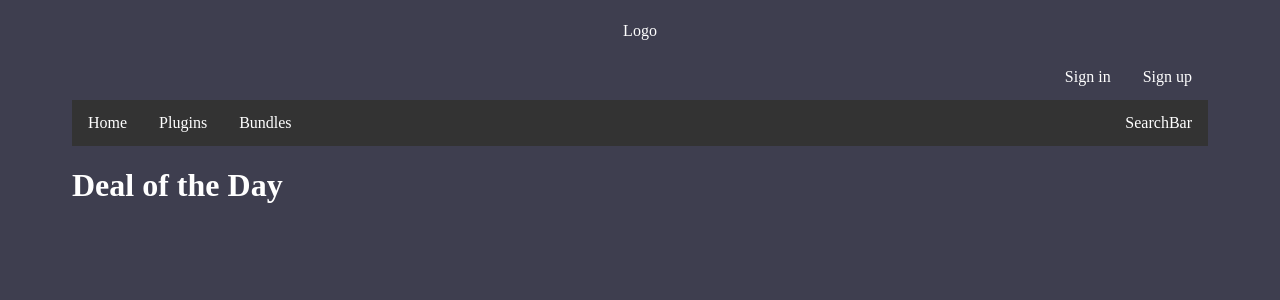
Repository: jigom11791/Wavez
Page: Wavez/Waves-Site/index.html
The author's editor kept a copy of each file at every save. The page is drawn from the files as they stood at one save, then again after the next save.
The browser window is 1280 px wide. The pictures show the whole page.

Above is the page before, as saved 2020-10-30 18:09:17.

After the next save:
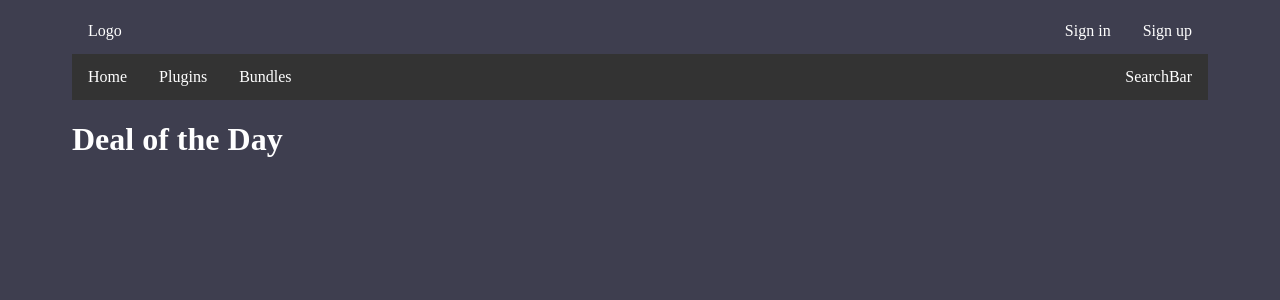
Saved 33 s later.
--- a/Wavez/Waves-Site/style.css
+++ b/Wavez/Waves-Site/style.css
@@ -18,7 +18,7 @@ ul.topnav, ul.header{
 ul.topnav {
     background-color: #333;
 }
-ul.topnav li, ul.header {
+ul.topnav li, ul.header li{
     float: left;
 }
 ul.topnav li.right, ul.header li.right{
